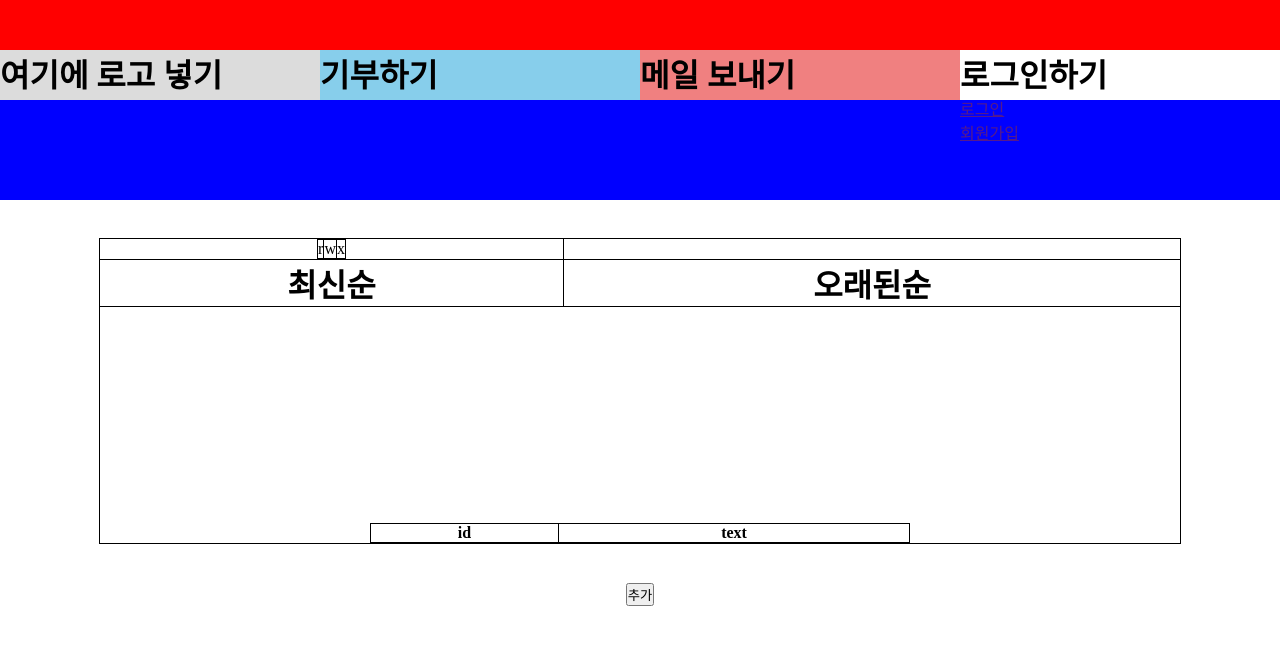
Repository: Yeojin0523/Survey
Page: http://localhost/Blog/Blog/list.jsp
These files come from the project's save history. The page is drawn as it stood at one moment and after the next save; the edit follows.
The browser window is 1280 px wide. The pictures show the whole page.
The page is served by Tomcat 9. The template is opened directly, without the code that normally fills it, so the values that code supplies are empty.

Above is the page before, as saved 2024-07-29 05:24:21.

After the next save:
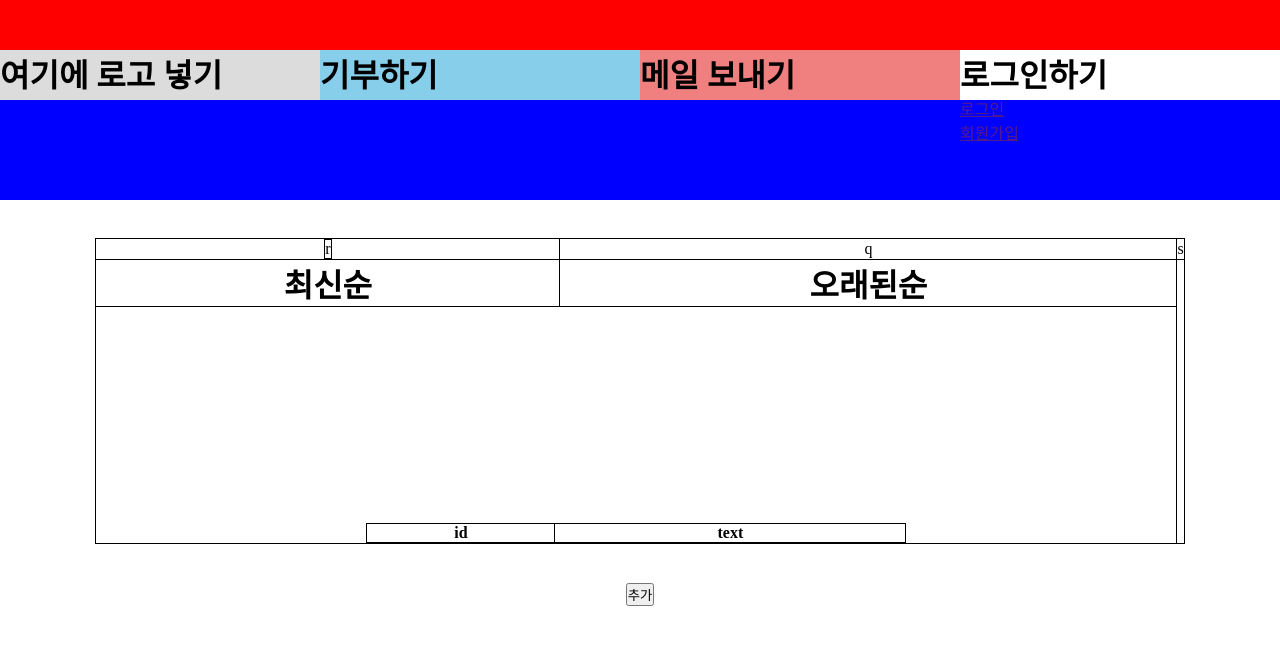
Saved 29 s later.
--- a/Blog/src/main/webapp/Blog/list.jsp
+++ b/Blog/src/main/webapp/Blog/list.jsp
@@ -61,11 +61,11 @@ ResultSet rs = null;
 					<table class="category_table">
 						<tr>
 							<td>r</td>
-							<td>w</td>
-							<td>x</td>
 						</tr>
 					</table>
 				</td>
+				<td>q</td>
+				<td>s</td>
 			</tr>
 			<tr>
 				<td>
